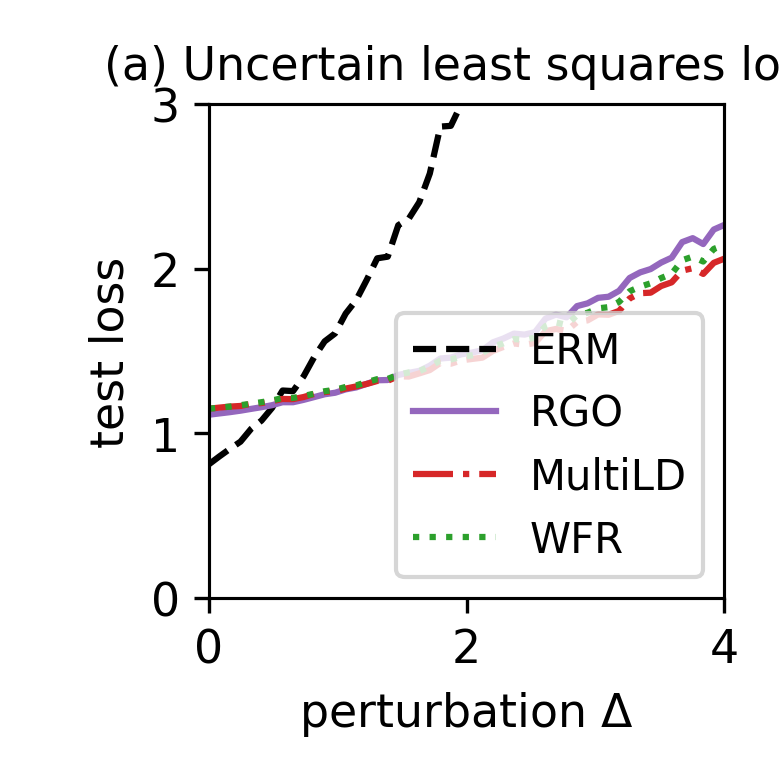
Repository: ZusenXu/GFS-DRO
Script's output: python uncertain_least_squares/uncertain_least_squares.py
An editor plug-in stored every save of this project. The script's output is shown before and after the next save, followed by the edit.
Random numbers start from a fixed seed.

Above is the script's output before, as saved 2025-09-13 20:51:54.

### uncertain_least_squares/uncertain_least_squares.py
import numpy as np
import matplotlib.pyplot as plt
from scipy.optimize import minimize

# --- 1. 实验设置与参数定义 ---
# 定义问题的维度
DIM_M = 10  # 矩阵 A 的行数
DIM_N = 10  # 矩阵 A 的列数 (theta 的维度)

# 定义训练/测试样本数量
N_TRAIN_SAMPLES = 10
N_TEST_SAMPLES = 1000

# 定义分布偏移的扰动范围
DELTA_MIN = 0.0
DELTA_MAX = 4.0
DELTA_STEPS = 50

# --- DRO 算法超参数 ---
N_EPOCHS = 50 # 外部优化的迭代轮数
LEARNING_RATE = 0.01 # 外部优化 theta 的学习率
LAMBDA_VAL = 1.0 # 正则化参数 lambda
EPSILON = 0.1 # 熵正则化参数 epsilon
GRAD_CLIP_THRESHOLD = 10.0 # 梯度裁剪阈值，防止梯度爆炸

# RGO (算法2) 特定参数
RGO_SMOOTHNESS_L = 0.5 # 假设的损失函数平滑度 L (需满足 LAMBDA_VAL > L/2)

# MultiLD (算法3) 和 WFR (算法4) 特定参数
K_INNER_STEPS = 10  # 内部循环迭代次数 K
INNER_STEP_SIZE = 0.01 # 内部循环步长 eta

# WFR (算法4) 特定参数
M_PARTICLES = 5 # WFR 使用的粒子(样本)数量
WFR_WEIGHT_STEP_SIZE = 0.08 # WFR 权重更新步长 tau

# --- 2. 生成固定的问题实例 ---
np.random.seed(42)
A0 = np.random.randn(DIM_M, DIM_N)
A1 = np.random.randn(DIM_M, DIM_N)
b = np.random.randn(DIM_M)

# --- 3. 数据生成函数 ---
def generate_training_data(n_samples):
    return np.random.uniform(-0.5, 0.5, n_samples)

def generate_test_data(n_samples, delta):
    lower_bound = -0.5 * (1 + delta)
    upper_bound = 0.5 * (1 + delta)
    return np.random.uniform(lower_bound, upper_bound, n_samples)

# --- 4. 核心函数定义 ---
def loss_function(theta, z):
    """ 计算单个样本 z 的损失 f_theta(z) """
    A_z = A0 + z * A1
    residual = A_z @ theta - b
    return np.sum(residual**2)/N_TRAIN_SAMPLES

def loss_grad_theta(theta, z):
    """ 计算损失函数关于 theta 的梯度 nabla_theta f_theta(z) """
    A_z = A0 + z * A1
    residual = A_z @ theta - b
    return 2 * A_z.T @ residual

# --- 5. ERM (经验风险最小化) 实现 ---
def erm_objective_function(theta, xi_samples):
    """ 计算 ERM 的目标函数值（平均损失）"""
    total_loss = np.mean([loss_function(theta, xi) for xi in xi_samples])
    return total_loss

def solve_erm(xi_train_samples):
    """ 使用优化器求解 ERM 问题 """
    initial_theta = np.zeros(DIM_N)
    result = minimize(
        erm_objective_function, initial_theta, args=(xi_train_samples,), method='BFGS')
    if not result.success:
        print("警告: ERM 优化过程可能未收敛。")
    return result.x

# --- 6. RGO (算法2) 实现 ---
def solve_rgo(xi_train_samples):
    """ 使用 RGO 算法求解 Sinkhorn DRO """
    theta = np.zeros(DIM_N)

    # f_{lambda, xi}(z) = -f_theta(z)/(lambda*epsilon) + ||z-xi||^2/epsilon
    def rgo_inner_objective(z, xi, current_theta):
        l = loss_function(current_theta, z)
        penalty = np.sum((z - xi)**2)
        return -l / (LAMBDA_VAL * EPSILON) + penalty / EPSILON

    for epoch in range(N_EPOCHS):
        grad_accumulator = np.zeros_like(theta)
        for xi in xi_train_samples:
            # Step 1: 找到 z*
            res = minimize(rgo_inner_objective, xi, args=(xi, theta), method='BFGS')
            z_star = res.x

            # Step 2: 拒绝采样
            accepted = False
            while not accepted:
                # 论文要求 lambda > L/2, 确保 2*lambda-L > 0
                variance = (LAMBDA_VAL * EPSILON) / (2 * LAMBDA_VAL - RGO_SMOOTHNESS_L)
                if variance <= 0:
                    print(f"警告: RGO中方差非正 ({variance})。请检查 RGO_SMOOTHNESS_L 和 LAMBDA_VAL。")
                    variance = 1e-6 # 设置一个小的正值以避免崩溃

                z_candidate = np.random.normal(z_star, np.sqrt(variance))

                f_val_candidate = rgo_inner_objective(z_candidate, xi, theta)
                f_val_star = rgo_inner_objective(z_star, xi, theta)

                # 计算接受概率
                log_accept_prob = -f_val_candidate + f_val_star - \
                                  ((np.sum((z_candidate - z_star)**2)) / (2*variance))

                if np.log(np.random.rand()) < log_accept_prob:
                    accepted_sample = z_candidate
                    accepted = True

            # 计算梯度并累加
            grad_accumulator += loss_grad_theta(theta, accepted_sample)

        # 更新 theta (应用梯度裁剪)
        avg_grad = grad_accumulator / len(xi_train_samples)
        grad_norm = np.linalg.norm(avg_grad)
        if grad_norm > GRAD_CLIP_THRESHOLD:
            avg_grad = avg_grad * GRAD_CLIP_THRESHOLD / grad_norm
        theta -= LEARNING_RATE * avg_grad

    return theta

# --- 7. Multi-Step Langevin Dynamics (算法3) 实现 ---
def solve_multi_ld(xi_train_samples):
    """ 使用 Multi-step Langevin Dynamics (MultiLD) 求解 Sinkhorn DRO """
    theta = np.zeros(DIM_N)

    # f_bar = f_theta(z) - lambda*||z-x||^2
    # grad_z f_bar = grad_z f_theta(z) - 2*lambda*(z-x)
    def f_bar_grad_z(z, xi, current_theta):
        # grad_z f_theta(z) = 2 * (A1*theta)^T * (A(z)*theta - b)
        A1_theta = A1 @ current_theta
        A_z_theta = (A0 + z * A1) @ current_theta
        grad_f = 2 * A1_theta.T @ (A_z_theta - b)
        return grad_f - 2 * LAMBDA_VAL * (z - xi)

    for _ in range(N_EPOCHS):
        grad_accumulator = np.zeros_like(theta)
        for xi in xi_train_samples:
            z_k = xi  # 初始化
            # 内部 K 步迭代
            for _ in range(K_INNER_STEPS):
                noise = np.random.normal(0, 1)
                grad = f_bar_grad_z(z_k, xi, theta)
                z_k += INNER_STEP_SIZE * grad + \
                       np.sqrt(2 * INNER_STEP_SIZE * LAMBDA_VAL * EPSILON) * noise

            # 使用生成的对抗样本计算梯度
            grad_accumulator += loss_grad_theta(theta, z_k)

        # 更新 theta (应用梯度裁剪)
        avg_grad = grad_accumulator / len(xi_train_samples)
        grad_norm = np.linalg.norm(avg_grad)
        if grad_norm > GRAD_CLIP_THRESHOLD:
            avg_grad = avg_grad * GRAD_CLIP_THRESHOLD / grad_norm
        theta -= LEARNING_RATE * avg_grad

    return theta

# --- 8. WFR Flow (算法4) 实现 ---
def solve_wfr(xi_train_samples):
    """ 使用 WFR Flow 求解 Sinkhorn DRO """
    theta = np.zeros(DIM_N)

    def f_bar(z, xi, current_theta):
         return loss_function(current_theta, z) - LAMBDA_VAL * np.sum((z-xi)**2)

    # f_bar 的梯度与 MultiLD 中相同
    def f_bar_grad_z(z, xi, current_theta):
        A1_theta = A1 @ current_theta
        A_z_theta = (A0 + z * A1) @ current_theta
        grad_f = 2 * A1_theta.T @ (A_z_theta - b)
        return grad_f - 2 * LAMBDA_VAL * (z - xi)

    for _ in range(N_EPOCHS):
        grad_accumulator = np.zeros_like(theta)
        for xi in xi_train_samples:
            # 初始化 m 个粒子和权重
            particles = np.full(M_PARTICLES, xi)
            weights = np.full(M_PARTICLES, 1.0 / M_PARTICLES)

            # 内部 K 步迭代
            for _ in range(K_INNER_STEPS):
                for i in range(M_PARTICLES):
                    # 更新粒子位置
                    noise = np.random.normal(0, 1)
                    grad = f_bar_grad_z(particles[i], xi, theta)
                    particles[i] += INNER_STEP_SIZE * grad + \
                                    np.sqrt(2 * INNER_STEP_SIZE * LAMBDA_VAL * EPSILON) * noise

                    # 更新权重
                    f_bar_val = f_bar(particles[i], xi, theta)
                    weights[i] = (weights[i]**(1 - LAMBDA_VAL * EPSILON * WFR_WEIGHT_STEP_SIZE)) * \
                                 np.exp(WFR_WEIGHT_STEP_SIZE * f_bar_val)

                # 归一化权重 (增加一个小的 epsilon 防止除以零)
                sum_weights = np.sum(weights)
                if sum_weights > 1e-8:
                    weights /= sum_weights
                else:
                    weights = np.full(M_PARTICLES, 1.0 / M_PARTICLES)

            # 使用加权梯度
            weighted_grad = np.sum([w * loss_grad_theta(theta, z) for w, z in zip(weights, particles)], axis=0)
            grad_accumulator += weighted_grad

        # 更新 theta (应用梯度裁剪)
        avg_grad = grad_accumulator / len(xi_train_samples)
        grad_norm = np.linalg.norm(avg_grad)
        if grad_norm > GRAD_CLIP_THRESHOLD:
            avg_grad = avg_grad * GRAD_CLIP_THRESHOLD / grad_norm
        theta -= LEARNING_RATE * avg_grad

    return theta

# --- 9. 实验执行与评估 ---
def run_experiment():
    """ 执行完整的实验流程 """
    xi_train = generate_training_data(N_TRAIN_SAMPLES)

    print("正在求解 ERM 模型...")
    theta_erm = solve_erm(xi_train)
    print("正在求解 RGO 模型...")
    theta_rgo = solve_rgo(xi_train)
    print("正在求解 MultiLD 模型...")
    theta_multi_ld = solve_multi_ld(xi_train)
    print("正在求解 WFR 模型...")
    theta_wfr = solve_wfr(xi_train)
    print("所有模型求解完成。")

    delta_values = np.linspace(DELTA_MIN, DELTA_MAX, DELTA_STEPS)
    results = {'ERM': [], 'RGO': [], 'MultiLD': [], 'WFR': []}
    models = {'ERM': theta_erm, 'RGO': theta_rgo, 'MultiLD': theta_multi_ld, 'WFR': theta_wfr}

    print("正在评估所有模型...")
    for delta in delta_values:
        xi_test = generate_test_data(N_TEST_SAMPLES, delta)
        for name, theta in models.items():
            test_loss = erm_objective_function(theta, xi_test)
            results[name].append(test_loss)

    print("评估完成。")
    return delta_values, results

# --- 10. 结果可视化 ---
def plot_results(delta_values, results):
    """ 绘制所有模型损失随扰动 delta 变化的曲线 """
    fig, ax = plt.subplots(figsize=(2.613, 2.613), dpi=300)

    styles = {
        'ERM': {'color': 'k', 'linestyle': '--', 'label': 'ERM'},
        'RGO': {'color': '#9467bd', 'linestyle': '-', 'label': 'RGO'}, # purple
        'MultiLD': {'color': '#d62728', 'linestyle': '-.', 'label': 'MultiLD'}, # red
        'WFR': {'color': '#2ca02c', 'linestyle': ':', 'label': 'WFR'}, # green
    }

    for name, losses in results.items():
        ax.plot(delta_values, losses, linewidth=1.5, **styles[name])

    ax.set_title('(a) Uncertain least squares loss', fontsize=11)
    ax.set_xlabel('perturbation $\Delta$', fontsize=11)
    ax.set_ylabel('test loss', fontsize=11)
    ax.tick_params(axis='both', which='major', labelsize=11)
    for spine in ax.spines.values():
        spine.set_linewidth(0.75)
    ax.set_xlim(0, 4)
    ax.set_ylim(0, 3)
    ax.grid(False)
    ax.legend(fontsize=10)
    plt.tight_layout()
    plt.savefig('uncertain_least_squares_results.png', dpi=300)
    plt.show()

# --- 主程序入口 ---
if __name__ == '__main__':
    # 捕获并忽略浮点数警告，因为梯度裁剪会处理这些问题
    with np.errstate(all='ignore'):
        delta_vals, all_results = run_experiment()
        plot_results(delta_vals, all_results)

After the next save:
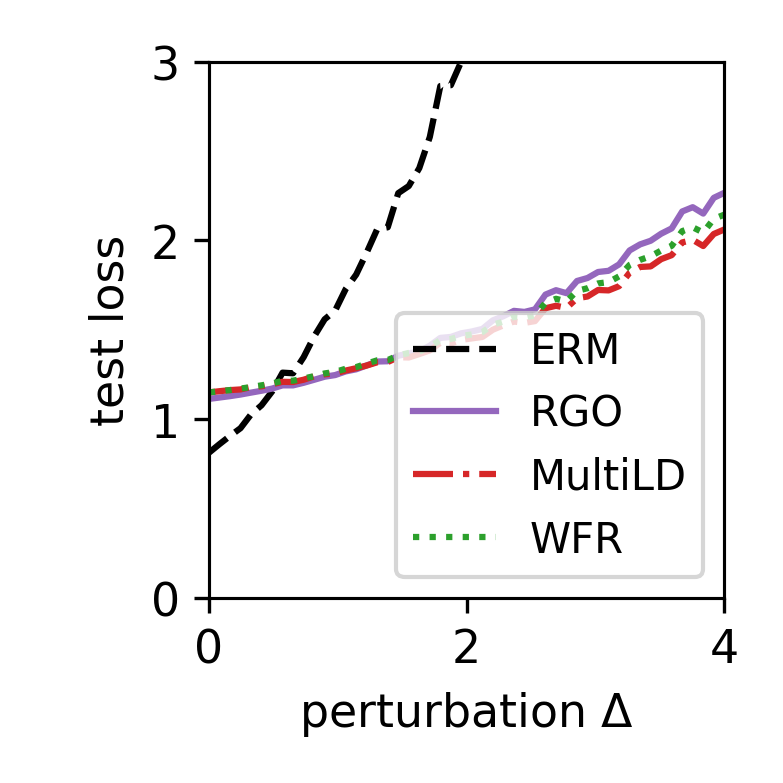
Saved 17 s later.
--- a/uncertain_least_squares/uncertain_least_squares.py
+++ b/uncertain_least_squares/uncertain_least_squares.py
@@ -266,7 +266,7 @@ def plot_results(delta_values, results):
     for name, losses in results.items():
         ax.plot(delta_values, losses, linewidth=1.5, **styles[name])
 
-    ax.set_title('(a) Uncertain least squares loss', fontsize=11)
+    # ax.set_title('(a) Uncertain least squares loss', fontsize=11)
     ax.set_xlabel('perturbation $\Delta$', fontsize=11)
     ax.set_ylabel('test loss', fontsize=11)
     ax.tick_params(axis='both', which='major', labelsize=11)
